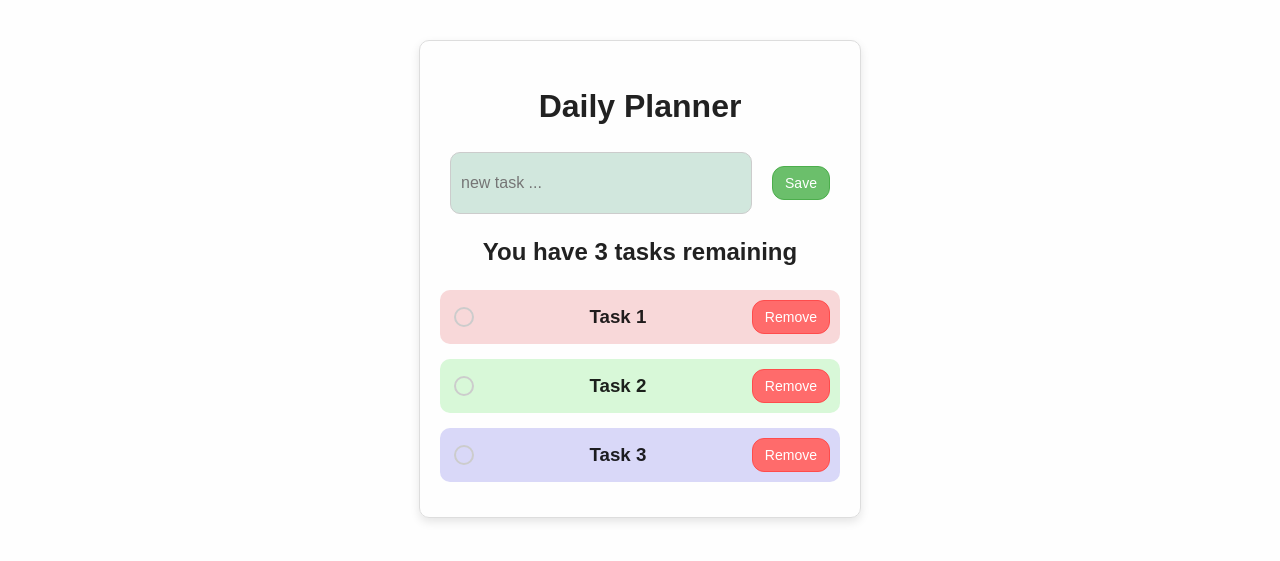
Repository: Zalida-Khan/Frontend-Lab4
Page: /
The author's editor kept a copy of each file at every save. The page is drawn from the files as they stood at one save, then again after a run of saves.
The browser window is 1280 px wide. The pictures show the whole page.
The project was rebuilt for these pictures with package versions that can differ from the ones it lists, and the page was loaded fresh each time. Also part of the build but not shown: vite.config.js.

Above is the page before, as saved 2024-10-22 00:17:32.

### index.html
<!doctype html>
<html lang="en">

<head>
  <meta charset="UTF-8" />
  <link rel="icon" type="image/svg+xml" href="/vite.svg" />
  <meta name="viewport" content="width=device-width, initial-scale=1.0" />
  <title>Day Planner</title>
</head>

<body>
  <div id="root"></div>
  <script type="module" src="/src/main.jsx"></script>
</body>

</html>

### src/App.jsx
import "./App.css";
import React, { useState } from "react";
import Task from "./components/Task";
import TaskForm from "./components/TaskForm";

function App() {
  const [tasks, setTasks] = useState([
    { id: 1, text: "Task 1", completed: false },
    { id: 2, text: "Task 2", completed: false },
    { id: 3, text: "Task 3", completed: false },
  ]);

  const addTask = (text) =>
    setTasks([...tasks, { id: Date.now(), text, completed: false }]);

  const toggleTask = (id) =>
    setTasks(
      tasks.map((task) =>
        task.id === id ? { ...task, completed: !task.completed } : task
      )
    );

  const removeTask = (id) => setTasks(tasks.filter((task) => task.id !== id));

  const remainingTasks = tasks.filter((task) => !task.completed).length;

  return (
    <div className="app">
      <header>
        <h1>Daily Planner</h1>
      </header>
      <TaskForm addTask={addTask} />
      <h2>You have {remainingTasks} tasks remaining</h2>
      <div className="task-list">
        {tasks.map((task) => (
          <Task
            key={task.id}
            task={task}
            toggleTask={toggleTask}
            removeTask={removeTask}
          />
        ))}
      </div>
    </div>
  );
}

export default App;

### src/index.css
:root {
  font-family: Inter, system-ui, Avenir, Helvetica, Arial, sans-serif;
  line-height: 1.5;
  font-weight: 400;

  color-scheme: light dark;
  color: rgba(0, 0, 0, 0.87);
  background-color: #fefefe;

  font-synthesis: none;
  text-rendering: optimizeLegibility;
  -webkit-font-smoothing: antialiased;
  -moz-osx-font-smoothing: grayscale;
}

### src/App.css
#root {
  max-width: 1280px;
  margin: 0 auto;
  padding: 2rem;
  text-align: center;
}

.app {
  width: 400px;
  margin: 0 auto;
  padding: 20px;
  font-family: Arial, sans-serif;
  border: 1px solid #ddd;
  border-radius: 10px;
  box-shadow: 0 4px 10px rgba(0, 0, 0, 0.1);
}

.task-list {
  margin-top: 20px;
}

.task {
  display: flex;
  align-items: center;
  justify-content: space-between;
  margin-bottom: 15px;
  padding: 10px;
  border-radius: 10px;
  background-color: #f9f9f9;
}

.task:nth-child(1) {
  background-color: #f8d8d9;
}

.task:nth-child(2) {
  background-color: #d8f8d8;
}

.task:nth-child(3) {
  background-color: #d9d8f8;
}

.task:nth-child(4) {
  background-color: #f8e1d8;
}

.task h3 {
  margin: 0;
  flex-grow: 1;
  text-decoration: none;
}

.task.completed h3 {
  text-decoration: line-through;
}

.checkmark {
  appearance: none;
  width: 20px;
  height: 20px;
  border-radius: 50%;
  border: 2px solid #ccc;
  background-color: transparent;
  display: flex;
  align-items: center;
  justify-content: center;
  cursor: pointer;
  margin-right: 10px;
}

.checkmark:checked {
  background-color: #d1e7dd;
  border: 2px solid #198754;
}

.checkmark:checked::after {
  content: '✓';
  color: white;
}

.delete-btn {
  padding: 8px 12px;
  border-radius: 12px;
  background-color: #ff6b6b;
  border: 1px solid #ff4c4c;
  color: white;
  cursor: pointer;
  font-size: 14px;
  transition: background-color 0.3s, transform 0.2s;
}

.delete-btn:hover {
  background-color: #ff4c4c;
  transform: scale(1.05);
}

.save-btn {
  padding: 8px 12px;
  border-radius: 12px;
  background-color: #6bbf6b;
  border: 1px solid #4cae4c;
  color: white;
  cursor: pointer;
  font-size: 14px;
  transition: background-color 0.3s, transform 0.2s;
}

.save-btn:hover {
  background-color: #4cae4c;
  transform: scale(1.05);
}

.input-field {
  width: 70%;
  height: 40px;
  padding: 10px;
  border-radius: 10px;
  background-color:#d1e7dd;
  margin-right: 20px;
  border: 1px solid #ccc;
  font-size: 16px;
  outline: none;
  transition: border-color 0.3s;
}

.input-field:focus {
  border-color: #198754;
}

### src/components/Task.jsx
import React from 'react';

function Task({ task, toggleTask, removeTask }) {
  return (
    <div className={`task ${task.completed ? 'completed' : ''}`}>
      <input className="checkmark" type="checkbox" checked={task.completed} onChange={() => toggleTask(task.id)} />
      <h3>{task.text}</h3>
      <button className="delete-btn" onClick={() => removeTask(task.id)}>Remove</button>
    </div>
  );
}

export default Task;

### src/components/TaskForm.jsx
import React, { useState } from 'react';

function TaskForm({ addTask }) {
  const [text, setText] = useState('');

  const handleSubmit = (e) => {
    e.preventDefault();
    if (text.trim()) {
      addTask(text);
      setText('');
    }
  };

  return (
    <form onSubmit={handleSubmit}>
      <input className="input-field" type="text" value={text} onChange={(e) => setText(e.target.value)} placeholder="new task ..." />
      <button className="save-btn" type="submit">Save</button>
    </form>
  );
}

export default TaskForm;

Loaded but not shown: src/main.jsx (common file)

After the next 2 saves:
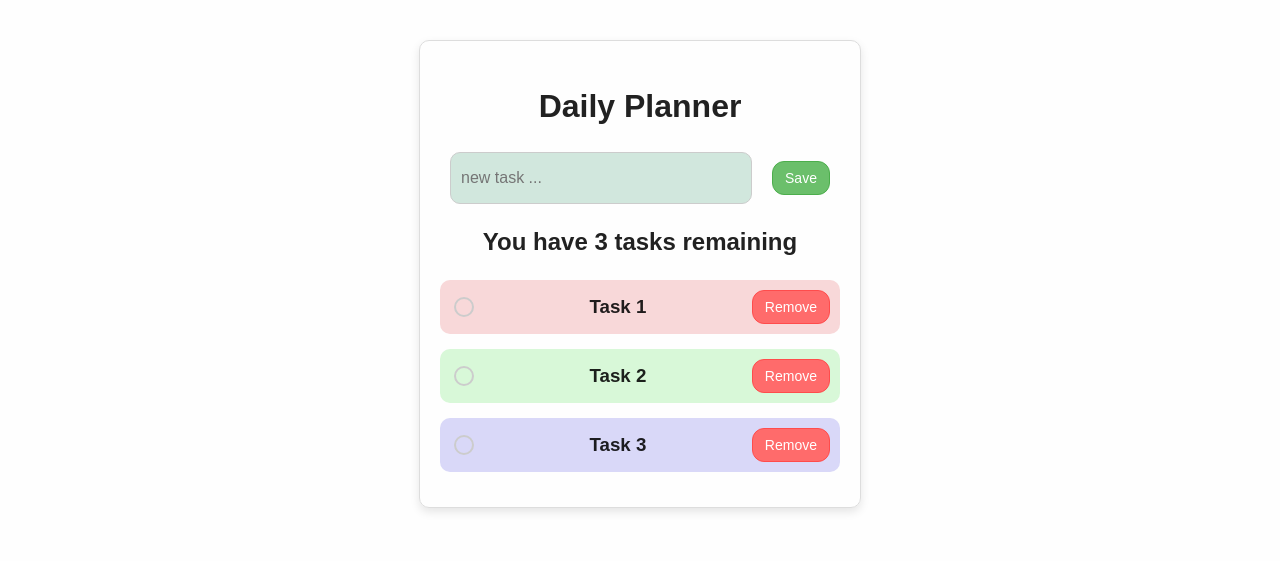
The 2 saves are shown as one change because they came seconds apart.
The last was saved 8 s later.
--- a/src/App.css
+++ b/src/App.css
@@ -113,7 +113,7 @@
 
 .input-field {
   width: 70%;
-  height: 40px;
+  height: 30px;
   padding: 10px;
   border-radius: 10px;
   background-color:#d1e7dd;
